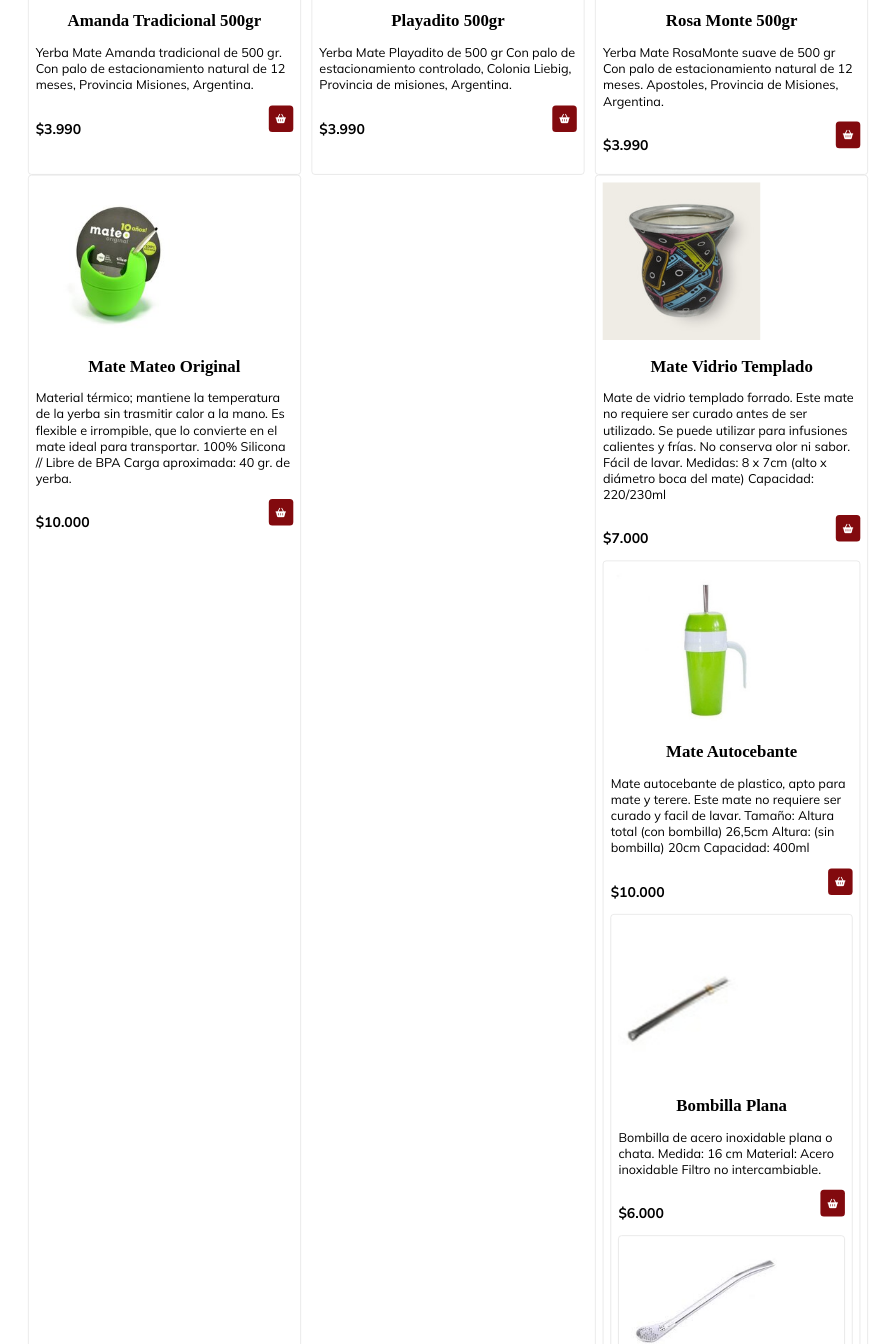
Repository: PiaTrujillo/LICANDEO-main
Page: index.html
These files come from the project's save history. The page is drawn as it stood at one moment and after the next save; the edit follows.
The browser window is 1280 px wide. The pictures show the part of the page from y = 1954 to 3874 px (the page is 4694 px tall before and 3248 px after), at 70% of full size.
A picture or video elsewhere on the page could not be fetched, so the positions and the page height are approximate. Some web fonts or font styles are not loaded; a fallback is used. Some web libraries are served in a nearby version.

Above is the page before, as saved 2023-05-11 21:15:07.

After the next save:
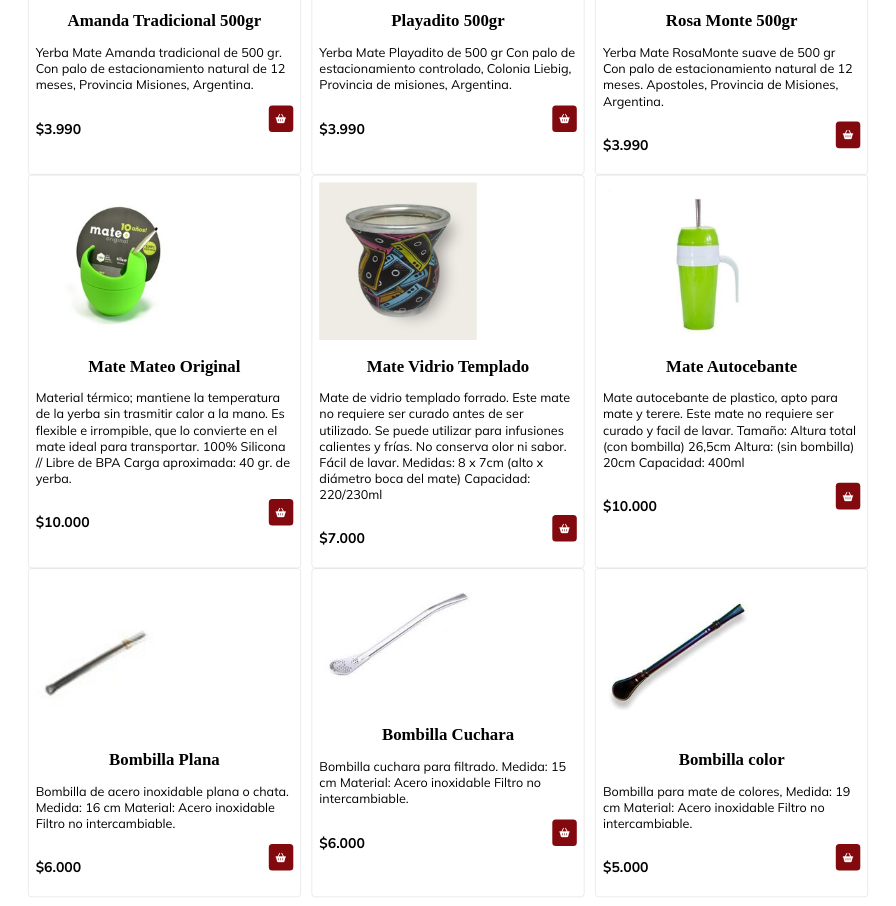
Saved 73 s later.
--- a/index.html
+++ b/index.html
@@ -184,6 +184,7 @@
           <div class="precio">
               <p>$7.000</p>
               <button><i class="fas fa-shopping-basket"></i></button>
+          </div>
       </div>
       <div class="producto" data-producto="mates">
           <!-- imagen -->
@@ -200,6 +201,7 @@
             <div class="precio">
                 <p>$10.000</p>
                 <button><i class="fas fa-shopping-basket"></i></button>
+            </div>
       </div>
                 <!--             Bombillas              -->
       <div class="producto" data-producto="bombilla">
@@ -216,6 +218,7 @@
             <div class="precio">
                 <p>$6.000</p>
                 <button><i class="fas fa-shopping-basket"></i></button>
+            </div>
       </div>
       <div class="producto" data-producto="bombilla">
           <!-- imagen -->
@@ -231,6 +234,7 @@
           <div class="precio">
                 <p>$6.000</p>
                 <button><i class="fas fa-shopping-basket"></i></button>
+          </div>
       </div>
       <div class="producto" data-producto="bombilla">
           <img data-src="/imag/bombillacolor.jpg" alt="bombillacolor"/>
@@ -243,6 +247,7 @@
           <div class="precio">
                 <p>$5.000</p>
                 <button><i class="fas fa-shopping-basket"></i></button>
+          </div>
           </div>
       </div>
       <!-- <div class="producto" data-producto="accesorios">
